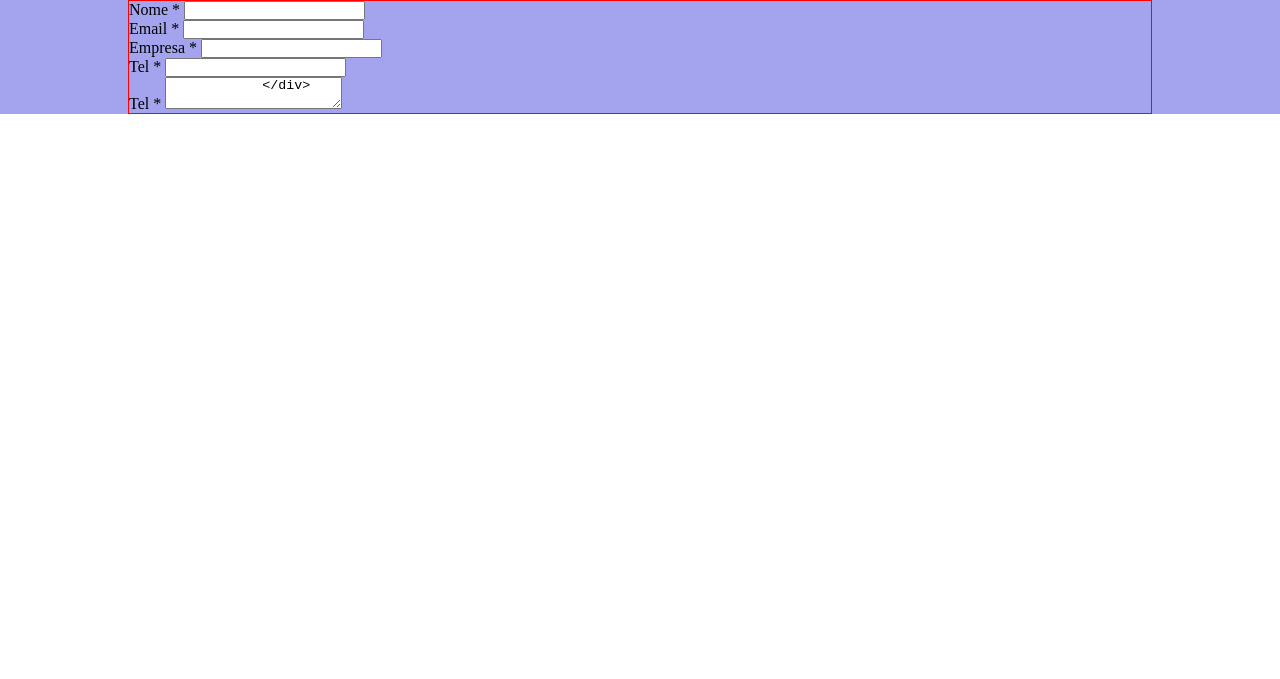
Repository: ecrseer/contatenos-html-js
Page: contatenos.html
These files come from the project's save history. The page is drawn as it stood at one moment and after the next save; the edit follows.
The browser window is 1280 px wide. The pictures show the whole page.

Above is the page before, as saved 2021-12-27 14:30:30.

After the next save:
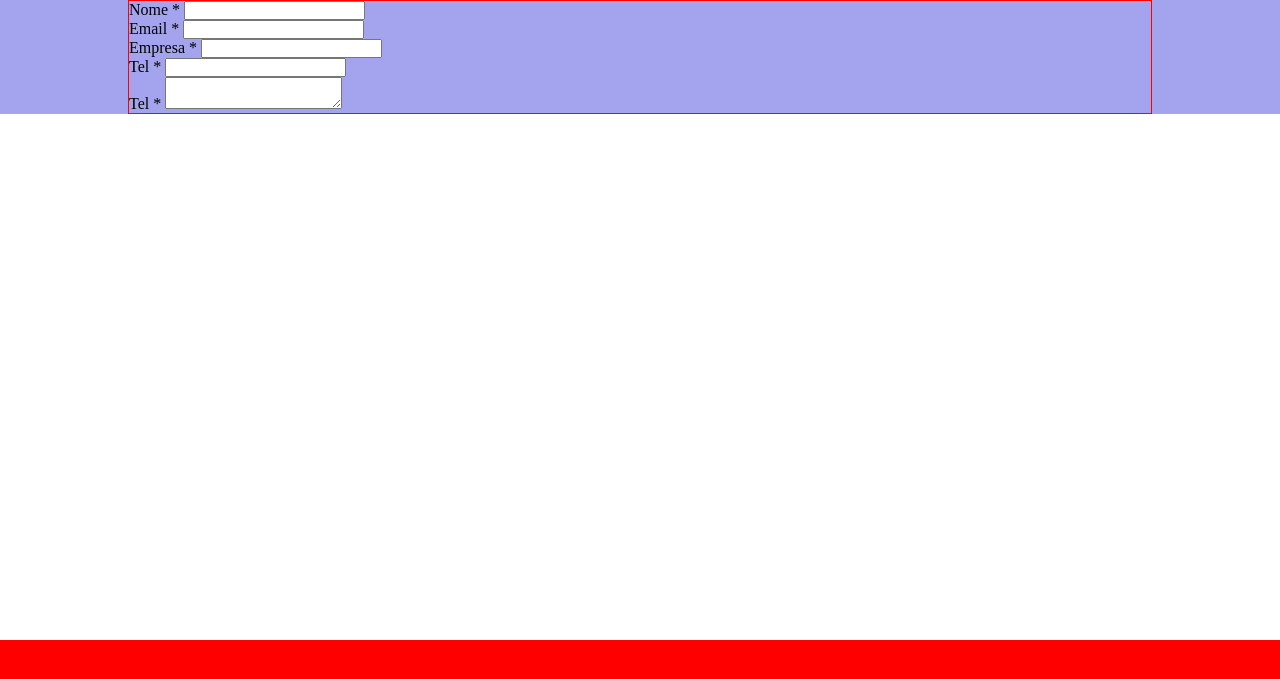
Saved 12 s later.
--- a/contatenos.html
+++ b/contatenos.html
@@ -32,7 +32,7 @@
             </div>
             <div>
                 <label for="Tel">Tel *</label>
-                <textarea>
+                <textarea></textarea>
             </div>
 
         </form>
